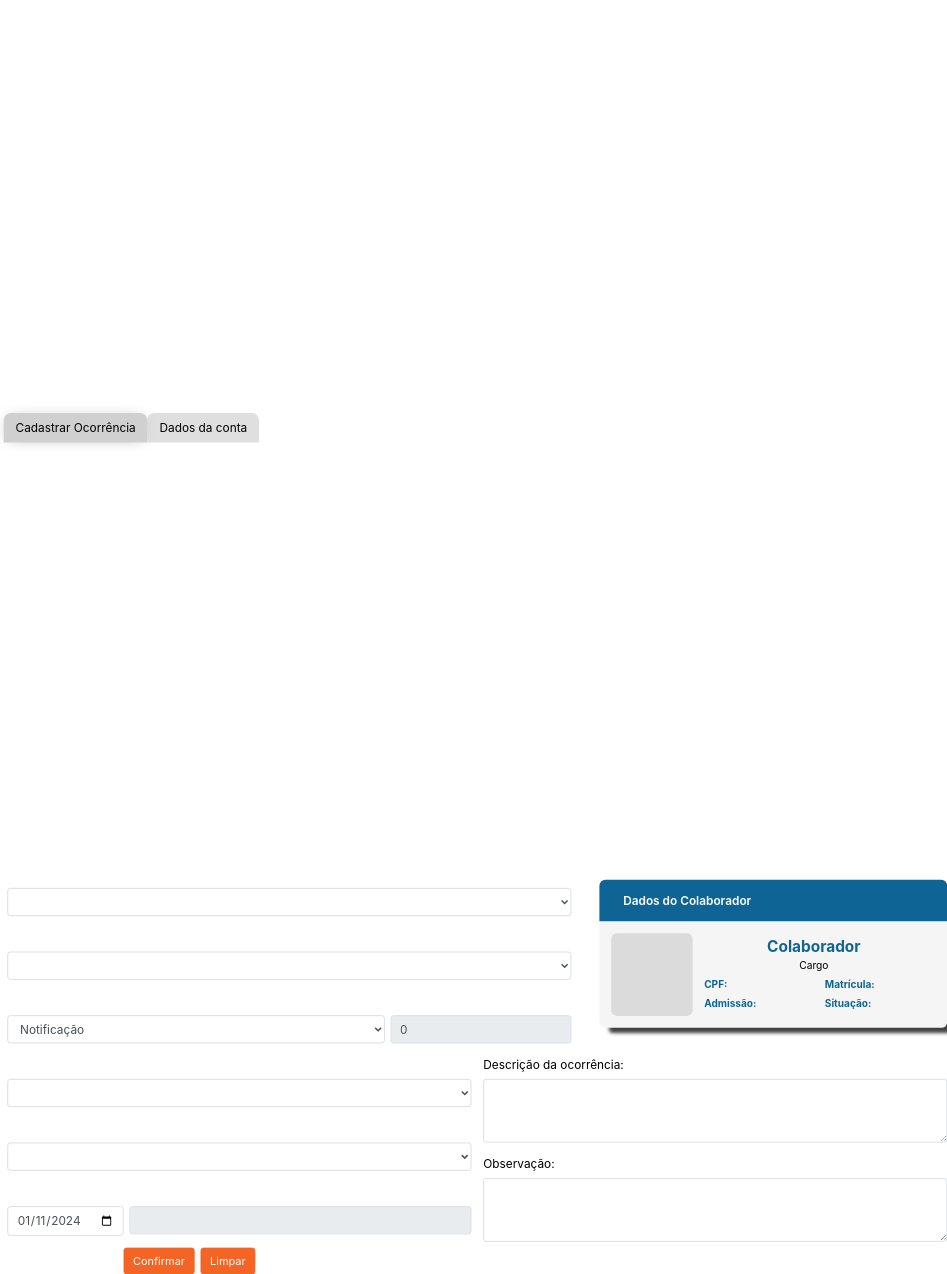
Repository: Conlog-SA/portal_operacional
Page: apps/gente_gestao_fluxo_punitivo/templates/gente_gestao_fluxo_punitivo/fluxo_punitivo.html
These files come from the project's save history. The page is drawn as it stood at one moment and after the next save; the edit follows.
The browser window is 1280 px wide. The pictures show the whole page, at 74% of full size.
The template is drawn by Django 3.2. The application's start-up code is not run. Other server files are loaded and not shown. The template is opened directly, without the code that normally fills it, so the values that code supplies are empty.

Above is the page before, as saved 2024-01-11 13:25:36.
Console error: TypeError: Cannot read properties of null (reading 'addEventListener')

### apps/gente_gestao_fluxo_punitivo/templates/gente_gestao_fluxo_punitivo/fluxo_punitivo.html
{% load static %}


{% block link_static_css %}
    <link type="text/css" href="{% static 'libs/bootstrap_4/css/bootstrap.min.css' %}" rel="stylesheet"
    xmlns="http://www.w3.org/1999/html" xmlns="http://www.w3.org/1999/html" xmlns="http://www.w3.org/1999/html"
    xmlns="http://www.w3.org/1999/html" xmlns="http://www.w3.org/1999/html"/>
    <link rel="stylesheet" href="{% static 'css/cores.css' %}" />
    <link rel="stylesheet" href="{% static 'css/toggle_switch.css' %}" />
    <link rel="stylesheet" href="{% static 'css/loader.css' %}" />
    <link rel="stylesheet" href="{% static 'css/gente_gestao_fluxo_punitivo/fluxo_punitivo.css' %}" />

{% endblock %}

<div class="d-flex flex-column h-100 align-items-center justify-content-start text-white w-100" style="margin-right: 0px; width:100%;">
    <div class="mt-3 d-flex align-items-end justify-content-between div_Titulo" style="padding-bottom:15px; padding-left:0px;">
        <div class="d-flex align-items-center justify-content-center">
            <i class="fa-solid fa-face-frown fa-2xl" style="font-size:50px; margin-left:15px; margin-right:15px; color:#cf6a15;"></i>
            <h1 class="titlePadraoMenu">Fluxo Punitivo</h1>
        </div>
        <img class="logo_cabecalho" src="{% static 'icons/logo-branca.png' %}" >
    </div>
    <div class="containerApp">
        <div class="form-group cl_div_tabela_principal_pagina" style="padding-top:0px; padding-left:0px">
            <div class="col-md-12 h-100"style="padding-left: 5px; padding-right: 5px;">
                <nav class="nav nav-tabs" id="myTab" role="tablist">
                    <button class="nav-link active" id="a_tab_cadastrar_ocorrencia" data-bs-toggle="tab"
                                data-bs-target="#div_tab_cadastrar_ocorrencia" type="button" role="tab"
                                aria-controls="div_tab_cadastrar_ocorrencia" aria-selected="true"
                                style="border-radius:10px 10px 0 0;" >
                            <i class="fa-regular fa-square-plus" style="color: #f46424;"></i>
                        Cadastrar Ocorrência
                    </button>
                    <button class="nav-link" id="a_tab_editar_ocorrencia" data-bs-toggle="tab"
                            data-bs-target="#div_tab_editar_ocorrencia" type="button" role="tab"
                            aria-controls="div_tab_editar_ocorrencia" aria-selected="true"
                            style="border-radius:10px 10px 0 0;" >
                        <i class="fa-solid fa-file-invoice-dollar" style="color: #f46424;"></i>
                        Dados da conta
                    </button>
                </nav>
            </div>
            <div class="tab-content" style="border-radius:0 10px 10px 10px;">
                <div class="tab-pane active" id="div_tab_cadastrar_ocorrencia" name="div_tab_cadastrar_ocorrencia"
                     role="tabpanel" aria-labelledby="a_tab_cadastrar_ocorrencia" style="margin-left:10px;">
                    <form class="d-flex justify-content-between align-items-between flex-wrap w-100" id="form_cadastra_fluxo_punitivo">
                        <div class="d-flex align-items-center justify-content-between w-100">
                            <div class="d-flex flex-column w-60">
                                <label for="geg_select_filial" class="labelBotoes">Selecione a filial:</label>
                                <select class="selectpicker form-control" required id="geg_select_filial"
                                        name="geg_select_filial"  data-live-search="true" title="Selecione a filial">
                                    {% for filial in lista_obj_filiais %}
                                    <option value="{{ filial.cod_filial }}">{{ filial.desc_filial }} ({{filial.cod_empresa.desc_empresa}}) </option>
                                    {% endfor %}
                                </select>

                                <label for="geg_select_colab" class="labelBotoes mt-3">Selecione o colaborador:</label>
                                <select class="selectpicker form-control" required id="geg_select_colab" name="geg_select_colab"  data-live-search="true" title="Selecione o colaborador">
                                </select>

                                <div class="d-flex w-100">
                                    <div class="w-75 text-left">
                                        <label for="geg_select_penalidade" class="labelBotoes mt-3">Selecione a penalidade:</label>
                                        <select class="selectpicker form-control" required id="geg_select_penalidade" name="geg_select_penalidade"  data-live-search="true" title="Selecione a penalidade">
                                            <option value="N">Notificação</option>
                                            <option value="AV">Advertência Verbal</option>
                                            <option value="AE">Advertência Escrita</option>
                                            <option value="S">Suspensão</option>
                                        </select>
                                    </div>

                                    <div class="d-flex flex-column align-items-start justify-content-end ml-2">
                                        <label for="geg_input_dias_suspensao">Dias de suspensão:</label>
                                        <input type="number" disabled class="form-control" id="geg_input_dias_suspensao" value="0">
                                    </div>

                                </div>
                            </div>

                            <div class="d-flex flex-column containerCardDadosColab">
                                <div class="w-100 p-2 d-flex cabecalhoCardDadosColab">
                                    <div class="p-2">
                                        <i class="fa-regular fa-address-card text-white"></i>
                                    </div>
                                    <div class="p-2 tituloCardDados">
                                        <span class="labelCardDados">Dados do Colaborador</span>
                                    </div>
                                </div>

                                <div class="w-100 p-3 d-flex justify-content-between align-items-center">
                                    <div class="w-25 d-flex align-items-center justify-content-center fundoIconCardDados">
                                        <i class="fa-solid fa-user iconUserCard"></i>
                                    </div>

                                    <div class=" w-75 d-flex flex-column containerInfoColab">
                                        <div class="w-100 text-center">
                                            <p  id="cardDados_nome" style="margin-bottom: 0 !important"><b>Colaborador</b></p>
                                            <p class=""><span id="cardDados_cargo" style="font-size: 0.865rem">Cargo</span></p>
                                        </div>

                                        <div class="w-100 d-flex">
                                            <div class="" style="width: 55%; font-size:0.85rem">
                                                <p class=""><b>CPF:</b> <span id="cardDados_cpf"></span></p>
                                                <p class=""><b>Admissão:</b> <span id="cardDados_admissao"></span></p>
                                            </div>

                                            <div class="" style="width: 45%; font-size:0.85rem">
                                                <p class=""><b>Matrícula:</b> <span id="cardDados_matricula"></span></p>
                                                <p class=""><b>Situação:</b> <span id="cardDados_situacao"></span></p>
                                            </div>
                                        </div>
                                    </div>
                                </div>
                            </div>
                        </div>

                        <div class="w-100 d-flex" >
                            <div class="w-50 d-flex flex-column align-items-start justify-content-start" style="">
                                <label for="geg_select_motivo_juridico" class="labelBotoes mt-3">Selecione o motivo jurídico:</label>
                                <select class="selectpicker form-control" required id="geg_select_motivo_juridico" name="geg_select_motivo_juridico"  data-live-search="true" title="Selecione o motivo jurídico:">
                                    {% for motivo_juridico in lista_motivo_juridico %}
                                    <option value="{{ motivo_juridico.cod_mot_juridico }}">{{ motivo_juridico.desc_motivo_juridico }} </option>
                                    {% endfor %}
                                </select>

                                <label for="geg_select_motivo_especifico" class="labelBotoes mt-3">Selecione o motivo específico:</label>
                                <select class="selectpicker form-control" required id="geg_select_motivo_especifico" name="geg_select_motivo_especifico"  data-live-search="true" title="Selecione o motivo específico:">
                                    {% for motivo_especifico in lista_motivo_especifico %}
                                    <option value="{{ motivo_especifico.cod_mot_especifico }}">{{ motivo_especifico.desc_motivo_especifico }} </option>
                                    {% endfor %}
                                </select>

                                <div class="d-flex justify-content-between w-100 mt-3 mr-3">
                                    <div class="d-flex flex-column align-items-start justify-content-start w-25">
                                        <label for="geg_input_data_ocorrencia">Data da ocorrência:</label>
                                        <input type="date" class="form-control " id="geg_input_data_ocorrencia">
                                    </div>

                                    <div class="d-flex flex-column align-items-start justify-content-start ml-2 w-75">
                                        <label for="geg_input_colab_lancamento">Colaborador responsável:</label>
                                        <input type="text" disabled class="form-control" id="geg_input_colab_lancamento" value="{{obj_usuario_sessao.nome_usu}}">
                                    </div>
                                </div>

                                <div class="d-flex justify-content-start w-100 mt-3 mr-3">
                                    <div class="w-25 d-flex justify-content-start align-items-center">
                                        <div class="loader" id="loader_lancamento">
                                            <div class="loader-inner">
                                                <div class="loader-block"></div>
                                                <div class="loader-block"></div>
                                                <div class="loader-block"></div>
                                                <div class="loader-block"></div>
                                                <div class="loader-block"></div>
                                                <div class="loader-block"></div>
                                                <div class="loader-block"></div>
                                                <div class="loader-block"></div>
                                            </div>
                                        </div>
                                    </div>
                                    <div class="w-75  d-flex justify-content-start align-items-center">
                                        <button type='submit' id="btn_confirmar_lancamento" name="btn_confirmar_lancamento" class="mr-2 btn btn-primary btn-rounded fluxoPunitivo__botao" >
                                            <i class="fa-solid fa-check"></i>
                                            <span>Confirmar</span>
                                        </button>

                                        <button type='button' id="btn_limpar_lancamento" name="btn_limpar_lancamento" onclick="limpaFormulario()" class=" btn btn-primary btn-rounded fluxoPunitivo__botao" >
                                            <i class="fa-solid fa-eraser"></i>
                                            <span>Limpar</span>
                                        </button>
                                    </div>
                                </div>
                            </div>

                            <div class="w-50 ml-3 d-flex flex-column align-items-start justify-content-start mt-3">
                                <div class="form-group w-100" style="color: #000; text-align:left;">
                                    <label for="text_area_desc_punicao">Descrição da ocorrência:</label>
                                    <textarea required class="form-control" id="text_area_desc_punicao" rows="3"></textarea>
                                </div>
                                <div class="form-group w-100" style="color: #000; text-align:left;">
                                    <label for="text_area_obs_punicao">Observação:</label>
                                    <textarea class="form-control" id="text_area_obs_punicao" rows="3"></textarea>
                                </div>

                                {% if obj_usuario_sessao.corporativo == 'S' %}
                                    <div class="d-flex justify-content-end w-100 mr-3">
                                        <button type='button' id="btn_cad_mot_juridico"
                                                name="btn_cad_mot_juridico"
                                                class=" mr-2 btn btn-primary btn-rounded fluxoPunitivo__botao">
                                            <i class="fa-solid fa-plus"></i>
                                            <span>Novo motivo jurídico</span>
                                        </button>

                                        <button type='button' id="btn_cad_motivo_especifico"
                                                name="btn_motivo_especifico"
                                                class=" btn btn-primary btn-rounded fluxoPunitivo__botao">
                                            <i class="fa-solid fa-plus"></i>
                                            <span>Novo motivo específico</span>
                                        </button>
                                    </div>
                                {% endif %}
                                {% if obj_usuario_sessao.corporativo == 'N' %}
                                    <div class="d-flex justify-content-end w-100 mr-3">
                                        <button type='button' disabled="disabled" id="btn_cad_mot_juridico"
                                                name="btn_cad_mot_juridico"
                                                class=" mr-2 btn btn-primary btn-rounded fluxoPunitivo__botao"
                                                title="Função habilitada somente para o corporativo">
                                            <i class="fa-solid fa-plus"></i>
                                            <span>Novo motivo jurídico</span>
                                        </button>

                                        <button type='button' disabled="disabled" id="btn_cad_motivo_especifico"
                                                name="btn_motivo_especifico"
                                                class=" btn btn-primary btn-rounded fluxoPunitivo__botao"
                                                title="Função habilitada somente para o corporativo">
                                            <i class="fa-solid fa-plus"></i>
                                            <span>Novo motivo específico</span>
                                        </button>
                                    </div>
                                {% endif %}
                            </div>
                        </div>
                    </form>
                </div>
                <div class="tab-pane" id="div_tab_editar_ocorrencia" name="div_tab_editar_ocorrencia" role="tabpanel" aria-labelledby="a_tab_editar_ocorrencia">
                    <form class="d-flex justify-content-end align-items-end flex-wrap w-100" id="form_pesquisa_fluxo_punitivo_tabela">

                        <div class="d-flex flex-column mr-1 w-25">
                            <label for="geg_fluxo_punitivo_pesquisa_filial" class="labelBotoes">Selecione a filial</label>
                            <select class="selectpicker form-control" required id="geg_fluxo_punitivo_pesquisa_filial" name="geg_fluxo_punitivo_pesquisa_filial"  data-live-search="true" title="Selecione a filial">
                                {% for filial in lista_obj_filiais %}
                                <option value="{{ filial.cod_filial }}">{{ filial.desc_filial }} ({{filial.cod_empresa.desc_empresa}}) </option>
                                {% endfor %}
                            </select>
                        </div>

                        <div class="d-flex flex-column mr-1">
                            <label for="competencia_pesquisa_fluxo_punitivo" class="labelBotoes">Competência</label>
                            <input required type="month" required class="form-control " id="competencia_pesquisa_fluxo_punitivo">
                        </div>

                        <button type='submit' id="" name="" class="btn btn-primary btn-rounded fluxoPunitivo__botao" >
                            <i class="fa-solid fa-magnifying-glass"></i>
                            <span></span>
                        </button>
                        <div class="containerTabela w-100 mt-4">
                            <table id="table_fluxo_punitivo"  class="display w-100">
                                <thead>
                                    <tr>
                                        <th scope="col">Matricula</th>
                                        <th scope="col">Colaborador</th>
                                        <th scope="col">Cargo</th>
                                        <th scope="col">Data Ocorrência</th>
                                        <th scope="col">Motivo Jurídico</th>
                                        <th scope="col">Motivo Específico</th>
                                    </tr>
                                </thead>
                                <tbody id="">

                                </tbody>
                            </table>
                        </div>

                    </form>
                </div>
            </div>
        </div>
    </div>
</div>

{% include 'gente_gestao_fluxo_punitivo/modal_cad_mot_juridico.html' %}
{% include 'gente_gestao_fluxo_punitivo/modal_cad_mot_especifico.html' %}

<script src="{% static 'controllers/gente_gestao_fluxo_punitivo/gente_gestao_fluxo_punitivo.js' %}"></script>

### static/css/toggle_switch.css
input[type="checkbox"] {
    width: 50px;
    height: 25px;
    appearance: none;
    background-color: gray;
    border-radius: 10px;
    box-shadow: inset 0px 0px 4px 1px black;
    cursor: pointer;
    position: relative;
    transition: .4s;
}

input:checked[type='checkbox'] {
    background-color: green;
}

input[type="checkbox"]:before {
    content: '';
    width: 25px;
    height: 25px;
    background-color: white;
    border-radius: 12.5px;
    position: absolute;
    box-shadow: 0px 4px 8px 1px rgba(0, 0, 0, 0.25);
    transition: .4s;
}

input:checked[type="checkbox"]:before {
    left: 25px;
}

### static/css/gente_gestao_fluxo_punitivo/fluxo_punitivo.css
.labelBotoes{
    text-align: left !important;
}

.w-60{
    width: 60% !important;
}

.containerCardDadosColab{
    background-color: whitesmoke;
    /* border: 1px black solid; */
    border-radius: 0.5rem;
    width: 37%;

    -webkit-box-shadow: 10px 10px 5px -3px rgba(0,0,0,0.75);
    -moz-box-shadow: 10px 10px 5px -3px rgba(0,0,0,0.75);
    box-shadow: 10px 10px 5px -3px rgba(0,0,0,0.75);
}

.cabecalhoCardDadosColab{
    background-color: #0E6595;
    border-top-left-radius: 0.5rem;
    border-top-right-radius: 0.5rem;
}

.tituloCardDados{
    width: calc(100% - 18px);
}

.labelCardDados{
    font-weight: 600;
    color: white !important;
}

.fundoIconCardDados{
    background-color: rgba(208, 208, 208, 0.671);
    border-radius: 0.5rem;
    height: 7rem;
}

.iconUserCard{
    color: #094566;
    font-size: 3.8rem;

}

.containerInfoColab{
    padding-left: 1rem;
    padding-right: 1rem;
    color: black;
    text-align: left !important;
    font-weight: 400;
}

.containerInfoColab p{
    margin-bottom: 0.3rem !important;
}

.containerInfoColab b{
    color: #0E6595;
}

#cardDados_nome, .cardDados_nome{
    font-size: 1.3rem;
}

.nav-link{
    background-color: rgba(208, 208, 208, 0.671) !important;
    color: black !important;
    border: 0px solid !important;
}

.nav-link.active{
    background-color: var(--cor_cinza_claro2) !important;
    color: black !important;
    border: 0px solid !important;
    box-shadow: 0px 1px 20px -7px rgba(0, 0, 0, 0.3);
}

.nav-link:hover{
    background-color: #d0d0d0 !important;
    color: black;
    border: 0px solid !important;
}

.nav-tabs{
    border: 0px !important;
}

.fluxoPunitivo__botao{
    font-size: 0.925em;
    border-color: var(--cor_empresa) !important;
    background-color: var(--cor_empresa) !important;
    /* height: 40px; */
}

.fluxoPunitivo__botao:hover{
    color: var(--cor_branco) !important;
    border-color: var(--cor_empresa_hover) !important;
    background-color: var(--cor_empresa_hover) !important;
}
.fluxoPunitivo__botao:active{
    color: var(--cor_branco) !important;
    border-color: var(--cor_empresa_active) !important;
    background-color: var(--cor_empresa_active) !important;
}

#modal_mot_juridico{
    background-color: rgba(0,0,0,0.8);
}

.btn_fecha_modal{
    border: none !important;
    background-color: rgba(0,0,0,0);
}

Loaded but not shown: static/libs/bootstrap_4/css/bootstrap.min.css (library); static/controllers/gente_gestao_fluxo_punitivo/gente_gestao_fluxo_punitivo.js (443 lines, source omitted); apps/gente_gestao_fluxo_punitivo/templates/gente_gestao_fluxo_punitivo/modal_cad_mot_especifico.html (40 lines, source omitted); apps/gente_gestao_fluxo_punitivo/templates/gente_gestao_fluxo_punitivo/modal_cad_mot_juridico.html (40 lines, source omitted); static/css/loader.css (89 lines, source omitted); static/css/cores.css (29 lines, source omitted)

After the next save:
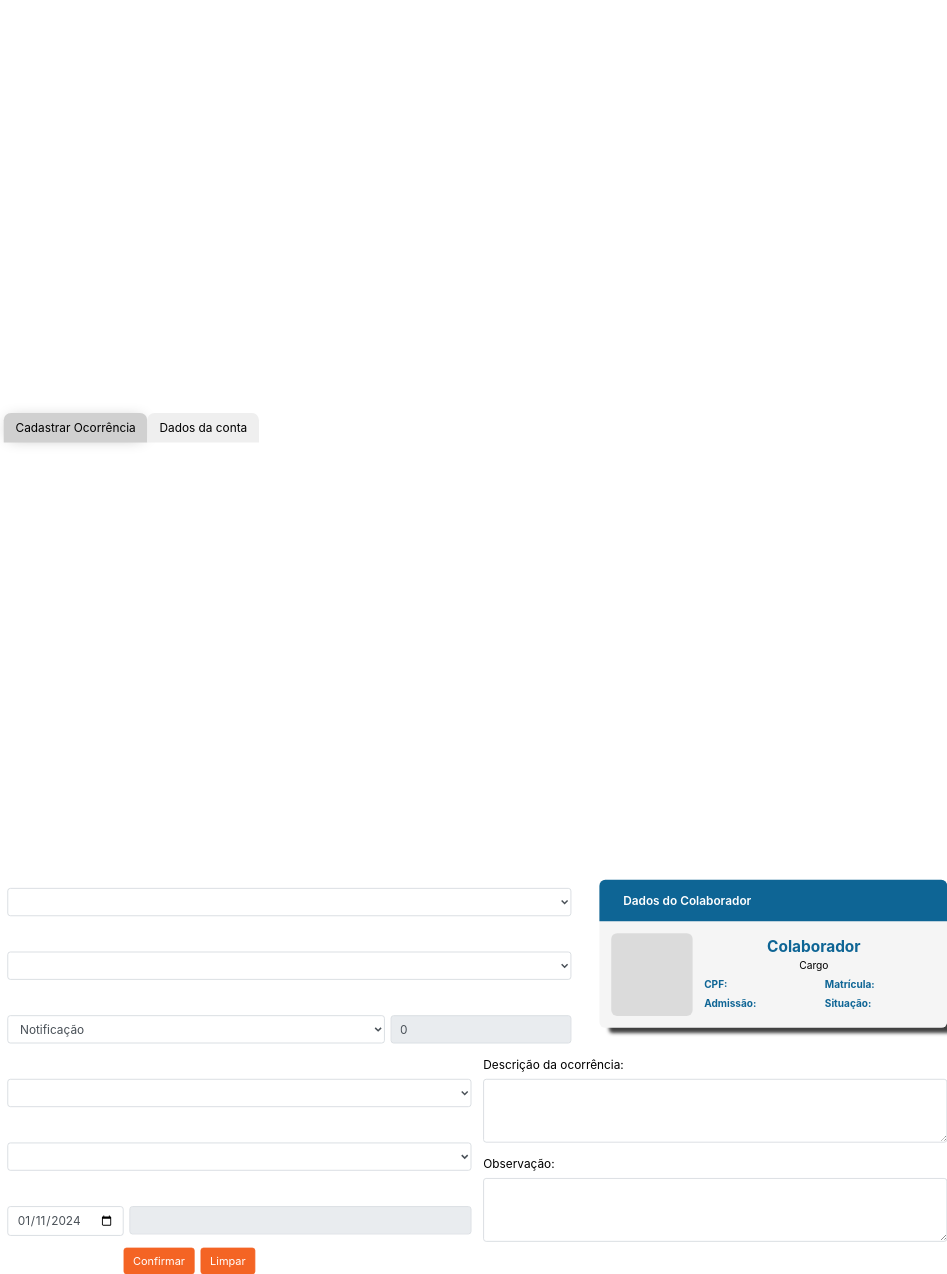
Saved 84 s later.
--- a/static/css/gente_gestao_fluxo_punitivo/fluxo_punitivo.css
+++ b/static/css/gente_gestao_fluxo_punitivo/fluxo_punitivo.css
@@ -65,7 +65,6 @@
 }
 
 .nav-link{
-    background-color: rgba(208, 208, 208, 0.671) !important;
     color: black !important;
     border: 0px solid !important;
 }
